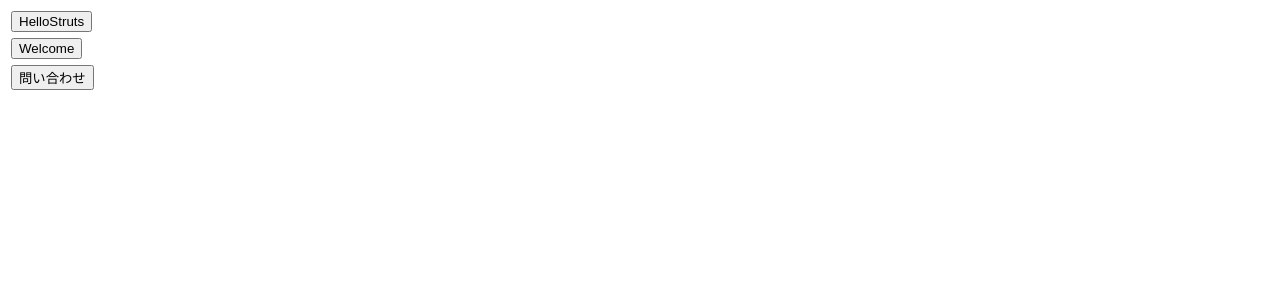
Repository: cha-git/test
Page: http://localhost/WebProj2/
The author's editor kept a copy of each file at every save. The page is drawn from the files as they stood at one save, then again after the next save.
The browser window is 1280 px wide. The pictures show the whole page.
The page is served by Tomcat 9. Other server files are loaded and not shown.

Above is the page before, as saved 2018-12-17 06:38:19.

### WebProj2/WebContent/index.jsp
<%@ page language="java" contentType="text/html; charset=UTF-8"
    pageEncoding="UTF-8"%>
<%@ taglib prefix="s" uri="/struts-tags" %>
<!DOCTYPE html PUBLIC "-//W3C//DTD HTML 4.01 Transitional//EN" "http://www.w3.org/TR/html4/loose.dtd">
<html>
<head>
	<meta http-equiv="Content-Type" content="text/html; charset=UTF-8">
	<title>INDEX</title>
</head>
<body>
	<s:form action="HelloStrutsAction">
		<s:submit value="HelloStruts"/>
	</s:form>

	<s:form action="WelcomeAction">
		<s:submit value="Welcome"/>
	</s:form>

	<s:form action="InquiryAction">
		<s:submit value="問い合わせ"/>
	</s:form>
</body>
</html>

After the next save:
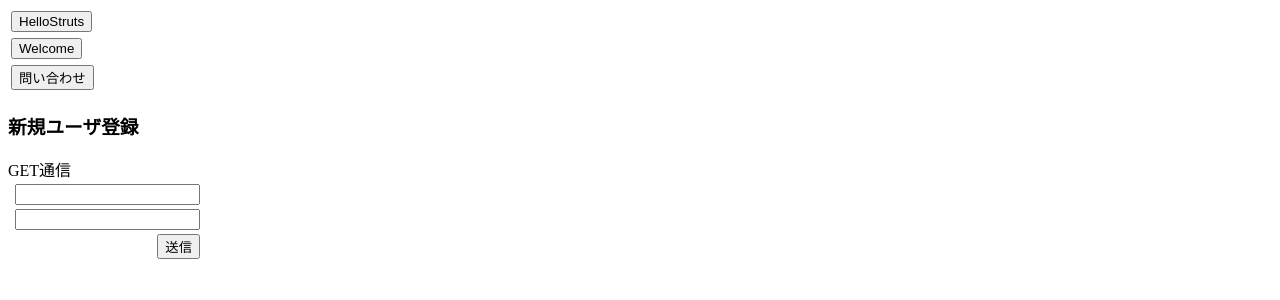
Saved 5 min 47 s later.
--- a/WebProj2/WebContent/index.jsp
+++ b/WebProj2/WebContent/index.jsp
@@ -19,5 +19,13 @@
 	<s:form action="InquiryAction">
 		<s:submit value="問い合わせ"/>
 	</s:form>
+
+	<h3>新規ユーザ登録</h3>
+	GET通信
+	<s:form method="get" action="TestAction">
+	<s:textfield name="username"/>
+	<s:password name="password"/>
+	<s:submit value="送信"/>
+	</s:form>
 </body>
 </html>
